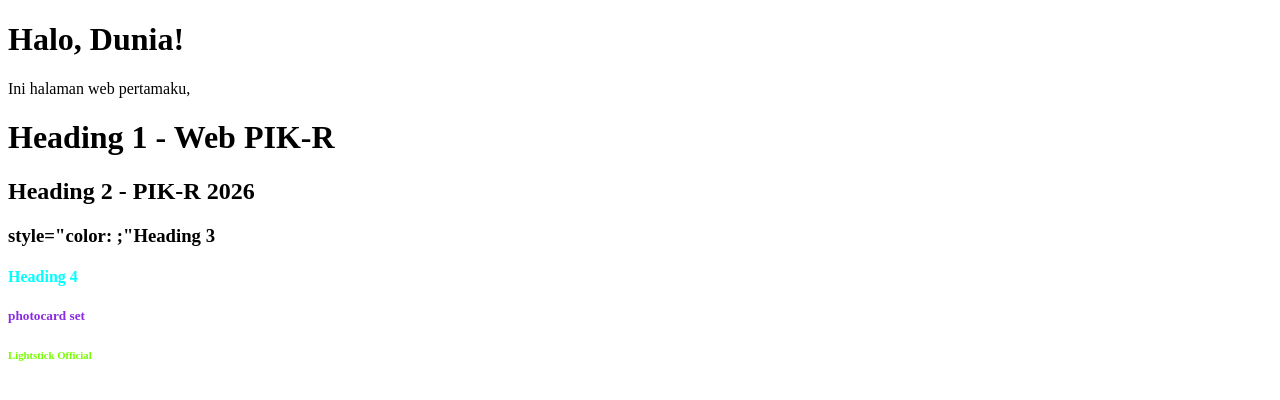
Repository: sekartazivi/241552010020-Web-Application-Development
Page: test.html
These files come from the project's save history. The page is drawn as it stood at one moment and after the next save; the edit follows.
The browser window is 1280 px wide. The pictures show the whole page.

Above is the page before, as saved 2026-02-20 08:34:02.

After the next save:
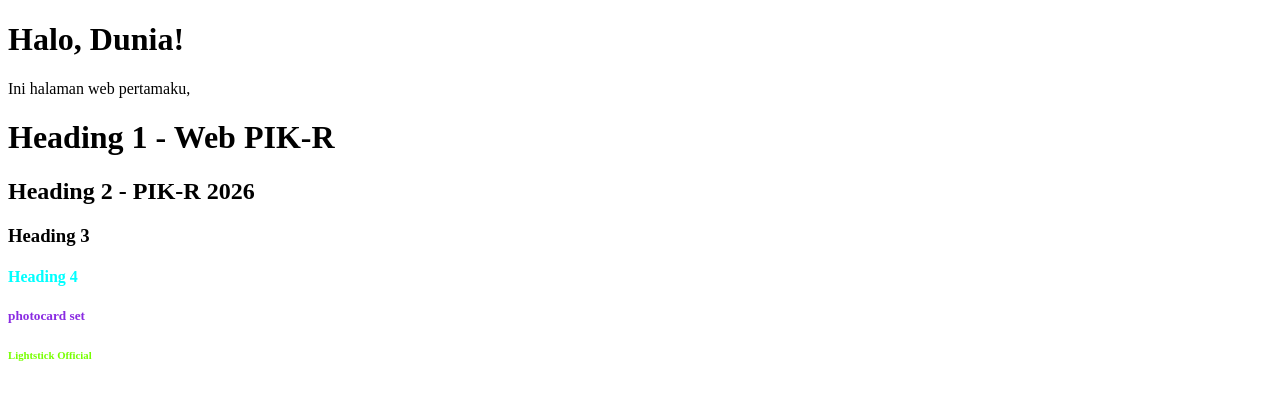
Saved 9 s later.
--- a/test.html
+++ b/test.html
@@ -10,7 +10,7 @@
     <p>Ini halaman web pertamaku,</p>
     <h1>Heading 1 - Web PIK-R</h1>
     <h2>Heading 2 - PIK-R 2026</h2>
-    <h3>style="color: ;"Heading 3</h3>
+    <h3>Heading 3</h3>
     <h4 style="color: aqua;" >Heading 4</h4>
     <h5 style="color: blueviolet;">photocard set</h5>
     <h6 style="color: rgb(119, 255, 0);">Lightstick Official</h6>
